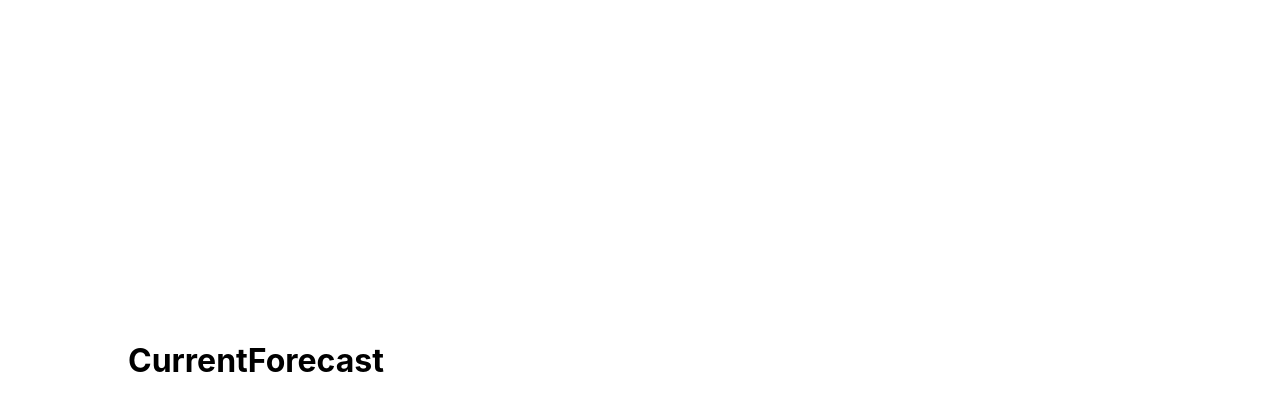
Repository: debthebuilder/bloom
Page: /
These files come from the project's save history. The page is drawn as it stood at one moment and after a run of saves; the edit follows.
The browser window is 1280 px wide. The pictures show the whole page.
The project was rebuilt for these pictures with package versions that can differ from the ones it lists, and the page was loaded fresh each time. Also part of the build but not shown: src/components/Splash.js.

Above is the page before, as saved 2022-11-10 23:35:46.

After the next 5 saves:
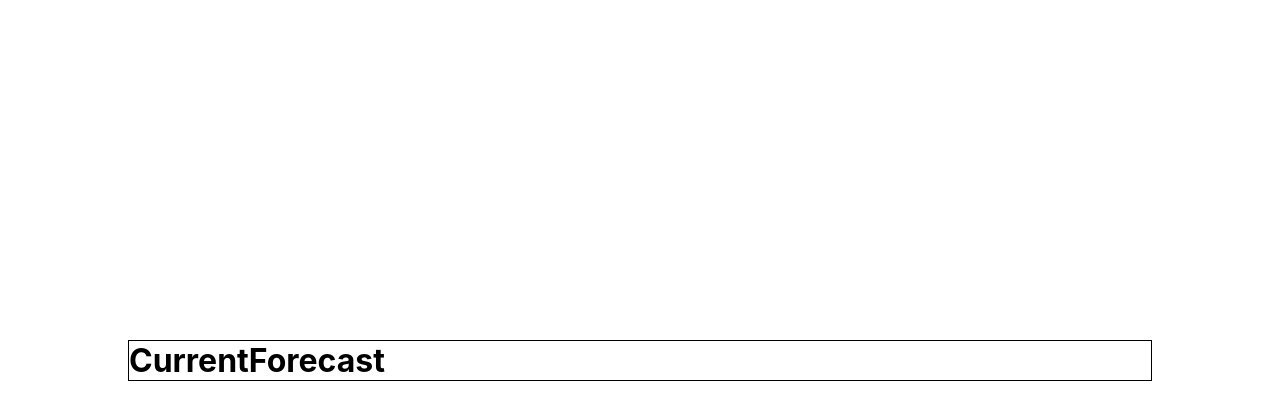
The 5 saves are shown as one change because 1 did not build or start and some came seconds apart.
The last was saved 20 s later.
--- a/src/scss/app.scss
+++ b/src/scss/app.scss
@@ -24,5 +24,6 @@ body {
 
 .weather-container {
     width: 80%;
+    border: solid 1px black;
     display: flex;
 }
